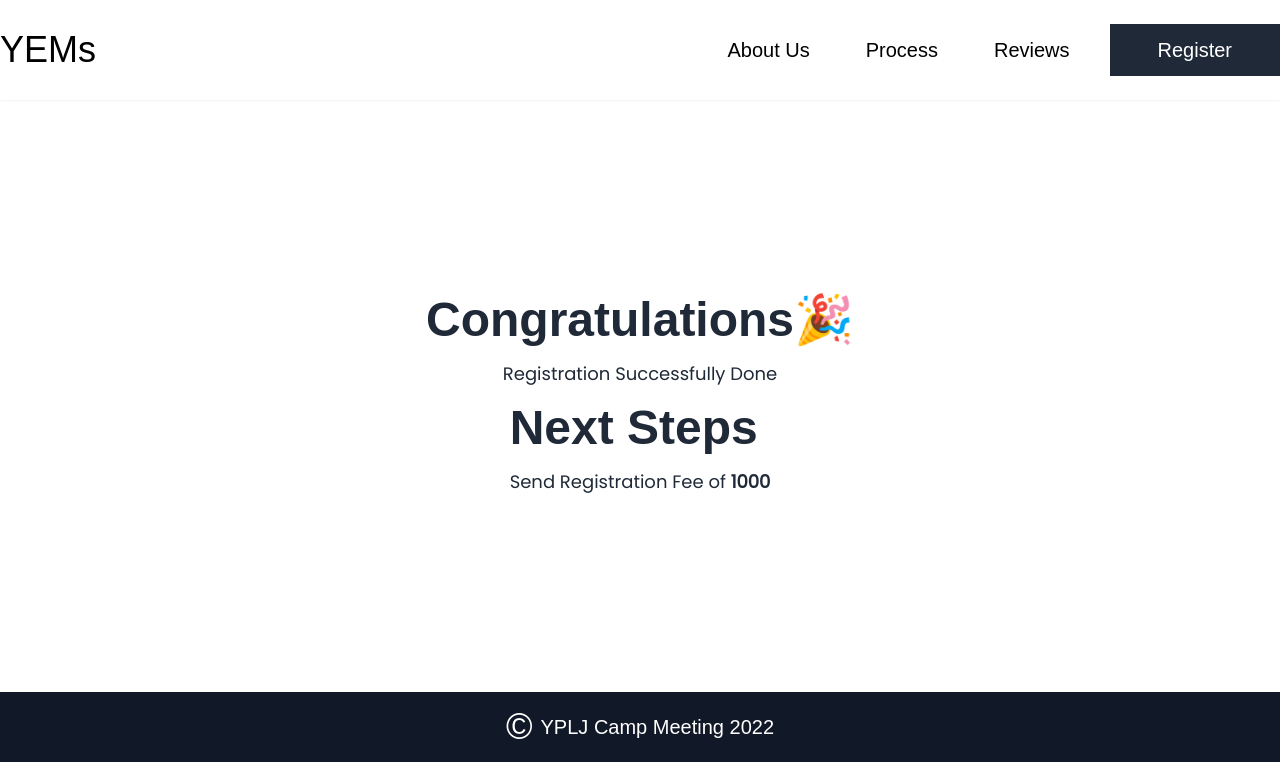
Repository: Ifenna-Pascal/user-camp-onboarding
Page: /dashboard
These files come from the project's save history. The page is drawn as it stood at one moment and after the next save; the edit follows.
The browser window is 1280 px wide. The pictures show the whole page.
Some web fonts or font styles are not loaded; a fallback is used. The project was rebuilt for these pictures with package versions that can differ from the ones it lists, and the page was loaded fresh each time. The framework's server and built-in components were replaced by stand-ins that run in the browser. Also part of the build but not shown: next.config.js.

Above is the page before, as saved 2022-11-27 08:09:28.

After the next save:
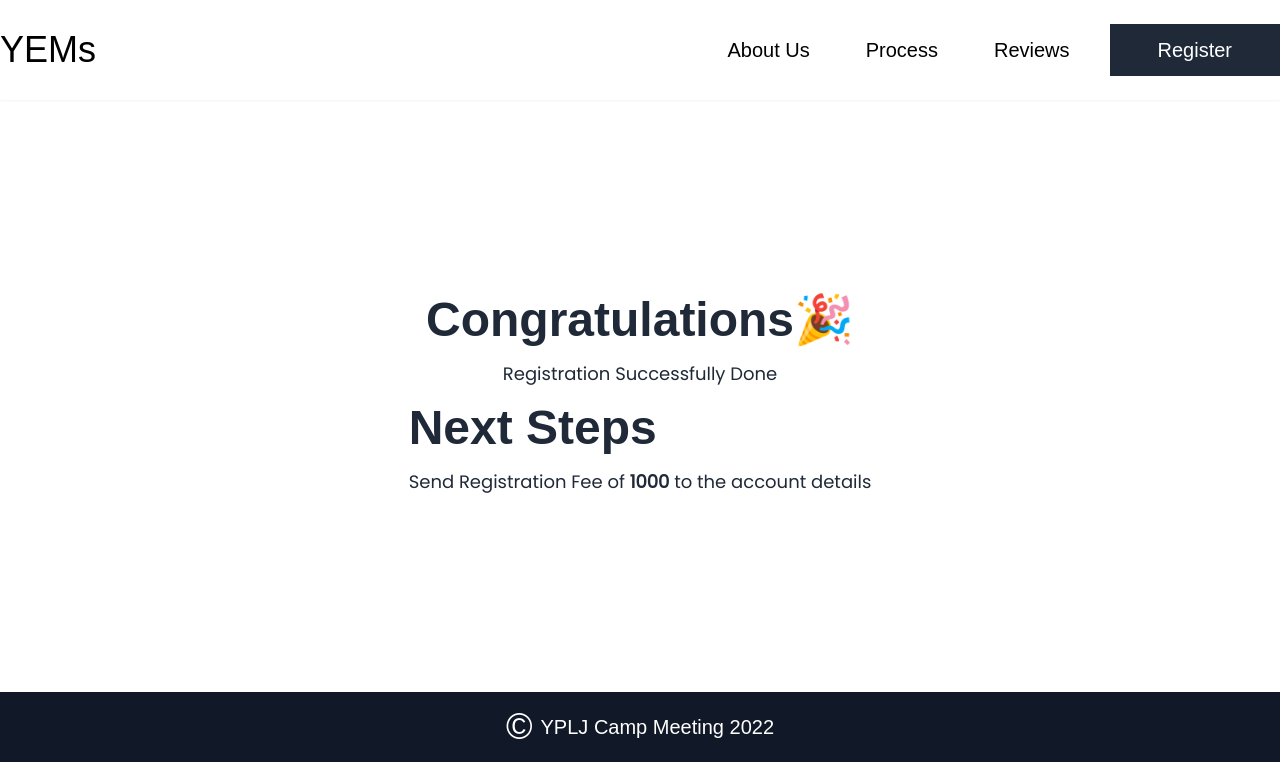
Saved 3 min 3 s later.
--- a/pages/dashboard.jsx
+++ b/pages/dashboard.jsx
@@ -14,7 +14,7 @@ function Dashboard() {
           Next Steps{" "}
         </h1>
         <p className="block text-base  lg:text-lg text-center font-poppins text-gray-800 leading-[30px] py-2 lg:py-4">
-          Send Registration Fee of <strong>1000</strong>{" "}
+          Send Registration Fee of <strong>1000</strong> to the account details
         </p>
       </div>
     </div>
